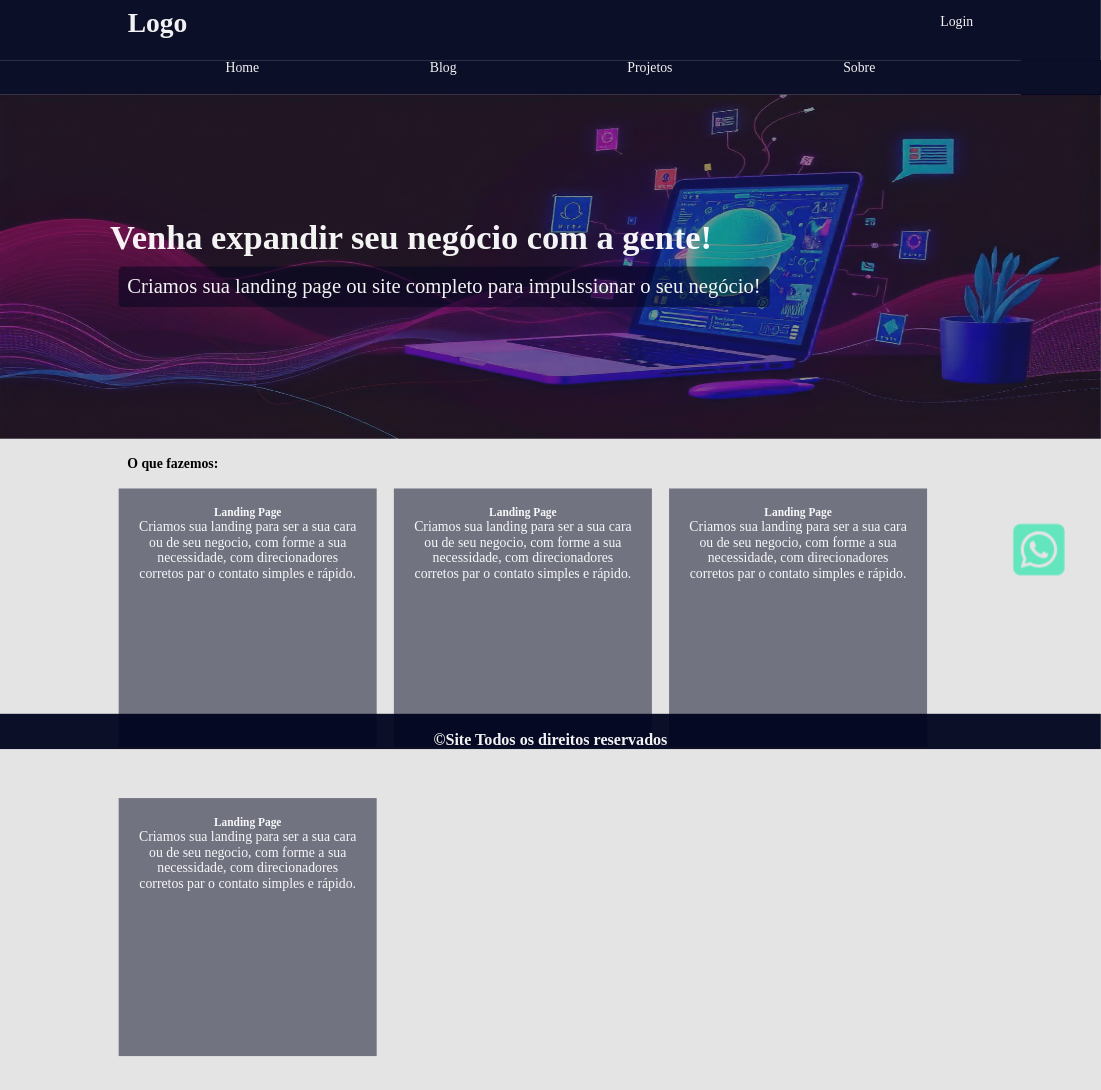
Repository: SauloMorais01/mysitefront-end
Page: index.html
These files come from the project's save history. The page is drawn as it stood at one moment and after the next save; the edit follows.
The browser window is 1280 px wide. The pictures show the whole page, at 86% of full size.
Some web libraries are served in a nearby version.

Above is the page before, as saved 2024-11-02 20:14:07.

### index.html
<!DOCTYPE html>
<html lang="pt-br">
<head>
    <meta charset="UTF-8">
    <meta name="viewport" content="width=device-width, initial-scale=1.0">
    <title>Titulo - status</title>
    <link rel="stylesheet" href="./src/css/style.css">
    <script src="./src/js/utils.js"></script>
    <script src="https://kit.fontawesome.com/0869671a59.js" crossorigin="anonymous"></script>
</head>
<body>
    <header class="primary-color hd-color-white">
        <div class="container">
            <div class="top-box flex">
                <div class="logo">
                    <a class="hd-color-white" href="/"><h1>Logo</h1></a>
                </div>
                <div class="login">
                    <a class="hd-color-white" href="/">Login</a>
                </div>
                <div class="hover-btn" id="hover-btn">
                    <i class="fa-solid fa-bars"></i>
                </div>
            </div>
        </div>
    </header>

    <section id="menu" class="sticky-top primary-color hd-color-white">
            <div class="container center">
                <a href="/">Home</a>
                <a href="./src/pages/blog.html">Blog</a>
                <a href="/">Projetos</a>
                <a href="/">Sobre</a>
            </div>
    </section>

    <section id="modal-mobile-menu" class="modal-mobile-menu hidden">
        <div class="container center">
            <div class="modal-div">
                <a class="hd-color-white" href="/">Home</a>
            </div>
            <div class="modal-div">
                <a class="hd-color-white" href="./src/pages/blog.html">Blog</a>
            </div>
           <div class="modal-div">
                <a class="hd-color-white" href="/">Projetos</a>
           </div>
            <div class="modal-div">
                <a class="hd-color-white" href="/">Sobre</a>
            </div>
        </div>
    </section>

    <main>
        <section class="info-top">
            <div class="container hd-color-white">
                <div class="info-top-top">
                    <h1>Venha expandir seu negócio com a gente!</h1>
                </div>
                <div class="info-top-p">
                    <p>Criamos sua landing page ou site completo para impulssionar o seu negócio!</p>
                </div>
            </div>
        </section>

        <section class="workflow">
            <div class="container">
                <div class="workflow-title">
                    <h4>O que fazemos:</h4>
                </div>

                <div class="workflow-content grid-temp">
                    <div class="box-workflow hd-color-white center">
                        <h5>Landing Page</h5>
                        <p>Criamos sua landing para ser a sua cara ou de seu negocio, com forme a sua necessidade, com direcionadores corretos par o contato simples e rápido.</p>
                    </div>

                    <div class="box-workflow hd-color-white center">
                        <h5>Landing Page</h5>
                        <p>Criamos sua landing para ser a sua cara ou de seu negocio, com forme a sua necessidade, com direcionadores corretos par o contato simples e rápido.</p>
                    </div>

                    <div class="box-workflow hd-color-white center">
                        <h5>Landing Page</h5>
                        <p>Criamos sua landing para ser a sua cara ou de seu negocio, com forme a sua necessidade, com direcionadores corretos par o contato simples e rápido.</p>
                    </div>

                    <div class="box-workflow hd-color-white center"><h5>Landing Page</h5>
                        <p>Criamos sua landing para ser a sua cara ou de seu negocio, com forme a sua necessidade, com direcionadores corretos par o contato simples e rápido.</p>
                    </div>
                </div>
            </div>
        </section>
    </main>

    <footer class="primary-color center">
        <h3 class="hd-color-white">&copy;<strong>Site</strong> Todos os direitos reservados</h3>
    </footer>

    <div class="whatsapp-icon">
        <a href="https://wa.me/qr/ADJPBWX6RRFOD1"><img src="./src/img/icone/square-whatsapp-brands-solid.svg"></img></a>
    </div>

    <script src="./src/js/main.js"></script>

    <script>
        app.update();
    </script>


</body>
</html>

### src/css/style.css
/* Primary configs */
:root {
    /* Colors */
    /* Bases */
    --primary-color: 234, 94%, 6%,;
    --secondary-color: 184, 86%, 66%,;
    --body-color: 0, 0%, 89%,;
    --white-color: 0, 0%, 100%,;
    --black-color: 0, 0%, 0%,;
    /* End Bases */

    /* Variations colors */
    --primary-color-normal: hsla(var(--primary-color) 0.95);
    --primary-color-medium: hsla(var(--primary-color) 0.5);
    --primary-color-light: hsla(var(--primary-color) 0.250);

    --secondary-color-normal: hsla(var(--secondary-color) 0.95);
    --secondary-color-medium: hsla(var(--secondary-color) 0.5);
    --secondary-color-light: hsla(var(--secondary-color) 0.250);

    --body-color-normal: hsla(var(--body-color) 0.95);
    --body-color-medium: hsla(var(--body-color) 0.5);
    --body-color-light: hsla(var(--body-color) 0.250);

    --black-color-normal: hsla(var(--black-color) 0.95);
    --black-color-medium: hsla(var(--black-color) 0.5);
    --black-color-light: hsla(var(--black-color) 0.250);

    --white-color-normal: hsla(var(--white-color) 0.95);
    --white-color-medium: hsla(var(--white-color) 0.5);
    --white-color-light: hsla(var(--white-color) 0.250);
    /* End variations colors */
    /* End Colors */

    /* Conf Sizes */
    --container-larger-l: 80%;
    --container-larger-m: 80%;
    --container-larger-s: 80%;
    --container-tablet: 90%;
    --container-small-d: 95%;
    --grid-width: 300px;
    --grid-height: 300px;
    /* End conf Sizes */
}

/* Global */
* {
    box-sizing: border-box;
    margin: 0;
    padding: 0;
}
/* End global */

/* pagina */
body {
    background: var(--body-color-normal);
}

a {
    list-style: none;
    text-decoration: none;
}


main {
    height: 100vh;
}

footer {
    height: 60px;
}

footer h3 {
    padding-top: 1.2rem;
}

.modal-mobile-menu {
    height: 90vh;
    width: 90vw;
    padding-top: 20px;
    /* background: var(--white-color-normal); */
    background-image: linear-gradient(180deg, #303657, #444963);
    position: absolute;
    top: 5%;
    right: 5%;
    z-index: 1000;
    border-radius: 10px;
    border: 5px solid var(--secondary-color-normal);
    display: flex;
    flex-direction: row;
    justify-content: space-between;
}

.modal-div {
    background: var(--primary-color-light);
    margin: 10px 2.5%;
    padding: 10px;
    border-radius: 5px;
}

.modal-mobile-menu a {
    font-family: Impact, Haettenschweiler, 'Arial Narrow Bold', sans-serif;
    position: relative;
}

.menuAnimation {
    animation-duration: 0.25s;
    animation-name: menuAnim;
}

.menuAnimationRev {
    animation-duration: 0.25s;
    animation-name: menuAnimReverse;
}

.whatsapp-icon {
    position: fixed;
    bottom: 6%;
    right: 3%;
}

.whatsapp-icon img {
    width: 68px;
    height: 68px;
    animation-duration: 1s;
    animation-name: esvanecer;
    animation-iteration-count: infinite;
}

.workflow {
    margin-top: 20px;
}

.workflow-title {
    margin-left: 20px;
    margin-top: 20px;
}

.box-workflow {
    height: 300px;
    width: 300px;
    margin: 10px;
    background-color:var(--primary-color-medium);
    padding: 20px;
    margin-top: 20px;
}

footer {
    height: 100%;
}

/* Animation */
@keyframes menuAnim {
    from {
        right: -100%;
      }

      to {
        right: 5%;
      }
}

@keyframes menuAnimReverse {
    from {
        right: 5%;
      }

      to {
        right: -100%;
      }
}

@keyframes esvanecer {
    0% {
        opacity: 100%;
      }

      50% {
        opacity: 50%;
      }

      100% {
        opacity: 100%;
      }
}

/* end pagina */

/* Utils */
.flex {
    display: flex;
}

.sticky-top {
    position: sticky;
    top: 0;
}

.center {
    text-align: center;
}

.right {
    text-align: right;
}

.left {
    text-align: left;
}

.grid-temp {
    height: 100vh;
    display: flex;
    flex-direction: row;
    flex-wrap: wrap;
}

.primary-color{
    background: var(--primary-color-normal);
}

.secondary-color{
    background: var(--secondary-color-normal);
}

.hd-color-black {
    color: var(--black-color-normal);
}

.hd-color-white {
    color: var(--white-color-normal);
}

.hidden {
    display: none;
}
/* End utils */



/* Responsividade */
@media (max-width: 575.99px) {
    .container {
        margin: 0 auto;
        width: var(--container-small-d);
    }

    header {
        height: 40px;
    }

    #menu {
        height: 40px;
        display:none;
    }

    #menu a {
        color: var(--white-color-normal);
        margin: 5px 2%;
        padding: 10px 5%;
    }

    #menu a:hover {
        background-color: var(--secondary-color-light);
        border-radius: 5px;
    }

    .hover-btn {
        position: absolute;
        right: 1rem;
        padding-top: 10px;
    }

    .hover-btn:hover {
        background: var(--primary-color-light);
        cursor: pointer;
    }

    .top-box {
        position: relative;
        padding-top: 2px;
    }

    .logo {
        position: absolute;
        left: 1%;
        font-size: 0.8rem;
    }

    .login {
        position: absolute;
        margin-top: 2px;
        right: 1%;
        display: none;
    }

    /* Main */
    .info-top{
        /* background: #4f0c6e; */
        height: 250px;
        background-image: linear-gradient(50deg, #2222227a, #2222227a), url(../img/freepik__generate-images-about-web-development__7459.jpeg);
        background-position: center;
        background-size: 100% 100%;
        display: flex;
        align-items: center;
        justify-content: center;
        /* background-repeat: no-repeat; */
    }

    .info-top h1 {
        font-size: 1.25rem;
    }

    .info-top p {
        text-align: center;
        font-size: 0.8rem;
        width: fit-content;
        font-size: 0.8rem;
        background: var(--primary-color-medium);
        border-radius: 5px;
        padding: 10px;
        font-family: Impact, Haettenschweiler, 'Arial Narrow Bold', sans-serif;
    }
}

@media (min-width: 576px) {
    .container {
        margin: 0 auto;
        width: var(--container-small-d);
    }

    header {
        height: 40px;
    }

    #menu {
        height: 40px;
        display:none;
    }

    #menu a {
        color: var(--white-color-normal);
        margin: 5px 2%;
        padding: 10px 5%;
    }

    #menu a:hover {
        background-color: var(--secondary-color-light);
        border-radius: 5px;
    }

    .top-box {
        position: relative;
        padding-top: 3px;
    }

    .logo {
        position: absolute;
        left: 1%;
        font-size: 0.8rem;
    }

    .login {
        position: absolute;
        margin-top: 3px;
        right: 1%;
        display: none;
    }

    .hover-btn {
        position: absolute;
        right: 1rem;
        padding-top: 10px;
    }

    .hover-btn:hover {
        background: var(--primary-color-light);
        cursor: pointer;
    }

    .top-box {
        position: relative;
        padding-top: 2px;
    }

    /* Main */
    .info-top{
        /* background: #4f0c6e; */
        height: 250px;
        background-image: linear-gradient(50deg, #2222227a, #2222227a), url(../img/freepik__generate-images-about-web-development__7459.jpeg);
        background-position: center;
        background-size: 100% 100%;
        display: flex;
        align-items: center;
        justify-content: center;
        /* background-repeat: no-repeat; */
    }

    .info-top h1 {
        font-size: 1.25rem;
    }

    .info-top p {
        text-align: center;
        width: fit-content;
        font-size: 0.8rem;
        background: var(--primary-color-medium);
        border-radius: 5px;
        padding: 10px;
    }
}

/* Medium devices (tablets, 768px and up) */
@media (min-width: 768px) {
    .container {
        margin: 0 auto;
        width: var(--container-tablet);
    }

    header {
        height: 50px;
    }

    #menu {
        height: 40px;
        display:none;
    }

    #menu a {
        color: var(--white-color-normal);
        margin: 5px 3%;
        padding: 10px 5%;
    }

    #menu a:hover {
        background-color: var(--secondary-color-light);
        border-radius: 5px;
    }

    .top-box {
        position: relative;
        padding-top: 6px;
    }

    .logo {
        position: absolute;
        left: 2%;
        font-size: 1rem;
    }

    .login {
        position: absolute;
        margin-top: 6px;
        right: 2%;
        display: none;
    }

    .hover-btn {
        position: absolute;
        right: 1rem;
        padding-top: 10px;
    }

    .hover-btn:hover {
        background: var(--primary-color-light);
        cursor: pointer;
    }

    .top-box {
        position: relative;
        padding-top: 2px;
    }

    /* Main */
    .info-top{
        /* background: #4f0c6e; */
        height: 300px;
        background-image: linear-gradient(50deg, #2222227a, #2222227a), url(../img/freepik__generate-images-about-web-development__7459.jpeg);
        background-position: center;
        background-size: 100% 100%;
        display: flex;
        align-items: center;
        justify-content: center;
        /* background-repeat: no-repeat; */
    }

    .info-top h1 {
        font-size: 1.5rem;
    }

    .info-top p {
        margin: 10px;
        font-size: 1.0rem;
    }
}

/* Large devices (desktops, 992px and up) */
@media (min-width: 992px) {
    .container {
        margin: 0 auto;
        width: var(--container-larger-s);
    }

    header {
        height: 60px;
    }

    #menu {
        height: 40px;
        display: block;
    }

    #menu a {
        color: var(--white-color-normal);
        margin: 5px 4%;
        padding: 10px 5%;
    }

    #menu a:hover {
        background-color: var(--secondary-color-light);
        border-radius: 5px;
    }

    .top-box {
        position: relative;
        padding-top: 8px;
    }

    .logo {
        position: absolute;
        left: 2%;
    }

    .login {
        position: absolute;
        margin-top: 8px;
        right: 2%;
        display: block;
    }

    .hover-btn {
        position: absolute;
        right: 1rem;
        padding-top: 10px;
        display: none;
        padding: 10px;
    }

    .hover-btn:hover {
        background: var(--primary-color-light);
        cursor: pointer;
    }


    /* Main */
    .info-top{
        /* background: #4f0c6e; */
        height: 350px;
        background-image: linear-gradient(50deg, #2222227a, #2222227a), url(../img/freepik__generate-images-about-web-development__7459.jpeg);
        background-position: center;
        background-size: 100% 100%;
        display: flex;
        align-items: center;
        justify-content: center;
        /* background-repeat: no-repeat; */
    }

    .info-top h1 {
        font-size: 2.0rem;
    }

    .info-top p {
        font-size: 1.0rem;
    }
}

/* X-Large devices (large desktops, 1200px and up) */
@media (min-width: 1200px) {
    .container {
        margin: 0 auto;
        width: var(--container-larger-m);
    }

    header {
        height: 70px;
    }

    #menu {
        height: 40px;
        display: block;
    }

    #menu a {
        color: var(--white-color-normal);
        margin: 5px 4.5%;
        padding: 10px 5%;
    }

    #menu a:hover {
        background-color: var(--secondary-color-light);
        border-radius: 5px;
    }

    .top-box {
        position: relative;
        padding-top: 8px;
    }

    .logo {
        position: absolute;
        left: 2%;
    }

    .login {
        position: absolute;
        margin-top: 8px;
        right: 2%;
    }

    /* Main */
    .info-top{
        /* background: #4f0c6e; */
        height: 400px;
        background-image: linear-gradient(50deg, #2222227a, #2222227a), url(../img/freepik__generate-images-about-web-development__7459.jpeg);
        background-position: center;
        background-size: 100% 100%;
        display: flex;
        align-items: center;
        justify-content: center;
        /* background-repeat: no-repeat; */
    }

    .info-top h1 {
        font-size: 2.5rem;
    }

    .info-top p {
        font-size: 1.5rem;
    }
}

/* XX-Large devices (larger desktops, 1400px and up) */
@media (min-width: 1400px) {
    .container {
        margin: 0 auto;
        width: var(--container-larger-l);
    }

    header {
        height: 75px;
    }

    #menu {
        height: 40px;
        display: block;
    }

    #menu a {
        color: var(--white-color-normal);
        margin: 5px 5%;
        padding: 10px 5%;
        font-family: 'Trebuchet MS', 'Lucida Sans Unicode', 'Lucida Grande', 'Lucida Sans', Arial, sans-serif;
        font-weight: bold;
    }

    #menu a:hover {
        background-color: var(--secondary-color-light);
        border-radius: 5px;
    }

    .top-box {
        position: relative;
        padding-top: 10px;
    }

    .logo {
        position: absolute;
        left: 2%;
    }

    .login {
        position: absolute;
        margin-top: 10px;
        right: 2%;
    }

    /* Main */
    .info-top{
        /* background: #4f0c6e; */
        height: 400px;
        background-image: linear-gradient(50deg, #2222227a, #2222227a), url(../img/freepik__generate-images-about-web-development__7459.jpeg);
        background-position: center;
        background-size: 100% 100%;
        display: flex;
        align-items: center;
        justify-content: center;
        /* background-repeat: no-repeat; */
    }

    .info-top h1 {
        font-size: 2.5rem;
        font-family: monospace;
    }

    .info-top p {
        font-size: 1.5rem;
        font-family: Impact, Haettenschweiler, 'Arial Narrow Bold', sans-serif;
    }
}
/* End responsividade */

### src/js/utils.js
class MenuController {
    /**
     * @param {HTMLElement} btnMenu
     * @param {HTMLElement} menuHover
     */
    constructor(btnMenu, menuHover) {
        this.btnMenuRoot = btnMenu
        this.menuHoverRoot = menuHover;
    }

    /**
     * @returns {HTMLElement} menuHover
     */
    get menuHoverRoot() {
        return this._menuHover
    }

    /**
     * @param {HTMLElement} root
     */
    set menuHoverRoot(root) {
        return this._menuHover = root;
    }

    /**
     * @returns {HTMLElement} btnMenu
     */
    get btnMenuRoot() {
        return this._btnMenu
    }

    /**
     * @param {HTMLElement} root
     */
    set btnMenuRoot(root) {
        return this._btnMenu = root;
    }

    /**
     * @returns {void}
     */
    showMenu() {
        this.btnMenuRoot.onclick = () => {
            if(this.menuHoverRoot.classList.contains('hidden')) {
                this.menuHoverRoot.classList.remove('hidden');
                this.menuHoverRoot.classList.add('menuAnimation');
                this.menuHoverRoot.classList.remove('menuAnimationRev');
            } else {
                this.menuHoverRoot.classList.remove('menuAnimation');
                this.menuHoverRoot.classList.add('menuAnimationRev');
                return setTimeout(() => {
                    this.menuHoverRoot.classList.add(`hidden`);
                }, 235);
            }
            clearTimeout(this);
        }
    }
}

### src/js/main.js
class Main {
    constructor() {
        this.btnMenu = document.getElementById('hover-btn');
        this.hoverMenu = document.getElementById('modal-mobile-menu');
        this.menuController = new MenuController(this.btnMenu, this.hoverMenu);
    }

    /**
     * @param {HTMLElement} root
     */
    set btnMenu(root) {
        return this._menuBtn = root;
    }

    /**
     * @returns {HTMLElement} btnMenu
     */
    get btnMenu() {
        return this._menuBtn
    }

    /**
     * @param {HTMLElement} root
     */
    set hoverMenu(root) {
        return this._hoverMenu = root;
    }

    /**
     * @returns {HTMLElement} hoverMenu
     */
    get hoverMenu() {
        return this._hoverMenu
    }


    update() {
        this.menuController.showMenu();
    }
}


const app = new Main();

After the next save:
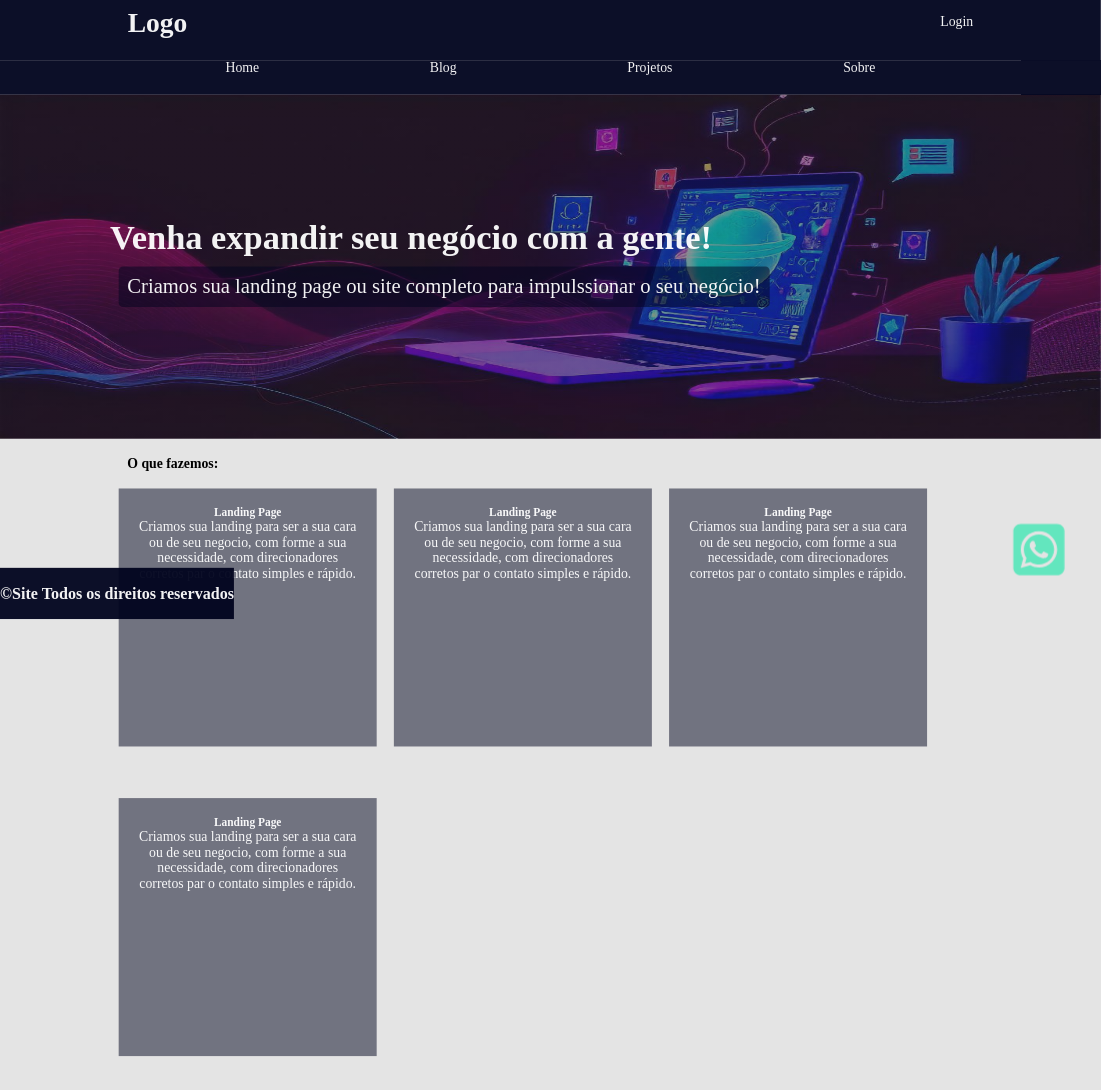
Saved 35 s later.
--- a/src/css/style.css
+++ b/src/css/style.css
@@ -146,7 +146,8 @@ footer h3 {
 }
 
 footer {
-    height: 100%;
+    position: fixed;
+    bottom: 0;
 }
 
 /* Animation */
